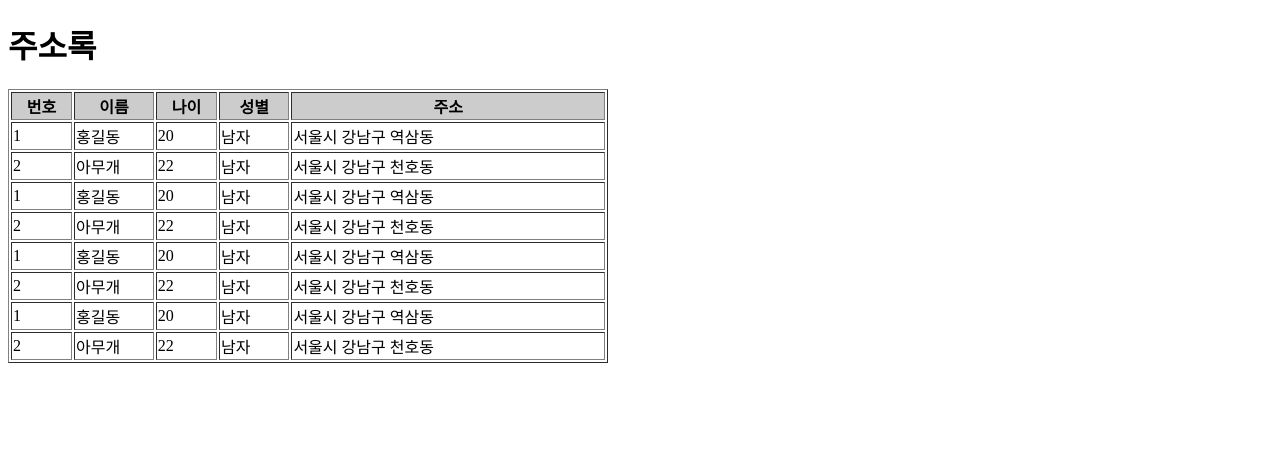
Repository: Hwang-97/HhwDesktop
Page: client/ClientTest/src/main/webapp/html/ex15_table.html
These files come from the project's save history. The page is drawn as it stood at one moment and after the next save; the edit follows.
The browser window is 1280 px wide. The pictures show the whole page.

Above is the page before, as saved 2021-12-10 06:27:30.

### client/ClientTest/src/main/webapp/html/ex15_table.html
<!DOCTYPE html>
<html>
<head>
<meta charset="UTF-8">
<title>Insert title here</title>
</head>
<body>
	<h1>주소록</h1>
	<table border width="600">
		<tr bgcolor ="#cccccc">
			<td width="60" align = "center"><b>번호</b></td>
			<td width="80" align = "center"><b>이름</b></td>
			<td width="60" align = "center"><b>나이</b></td>
			<td width="70" align = "center"><b>성별</b></td>
			<td width="330" align = "center"><b>주소</b></td>
		</tr>
		<tr>
			<td>1</td>
			<td>홍길동</td>
			<td>20</td>
			<td>남자</td>
			<td>서울시 강남구 역삼동</td>
		</tr>
		<tr>
			<td>2</td>
			<td>아무개</td>
			<td>22</td>
			<td>남자</td>
			<td>서울시 강남구 천호동</td>
		</tr>
		<tr>
			<td>1</td>
			<td>홍길동</td>
			<td>20</td>
			<td>남자</td>
			<td>서울시 강남구 역삼동</td>
		</tr>
		<tr>
			<td>2</td>
			<td>아무개</td>
			<td>22</td>
			<td>남자</td>
			<td>서울시 강남구 천호동</td>
		</tr>
		<tr>
			<td>1</td>
			<td>홍길동</td>
			<td>20</td>
			<td>남자</td>
			<td>서울시 강남구 역삼동</td>
		</tr>
		<tr>
			<td>2</td>
			<td>아무개</td>
			<td>22</td>
			<td>남자</td>
			<td>서울시 강남구 천호동</td>
		</tr>
		<tr>
			<td>1</td>
			<td>홍길동</td>
			<td>20</td>
			<td>남자</td>
			<td>서울시 강남구 역삼동</td>
		</tr>
		<tr>
			<td>2</td>
			<td>아무개</td>
			<td>22</td>
			<td>남자</td>
			<td>서울시 강남구 천호동</td>
		</tr>

	</table>
</body>
</html>

After the next save:
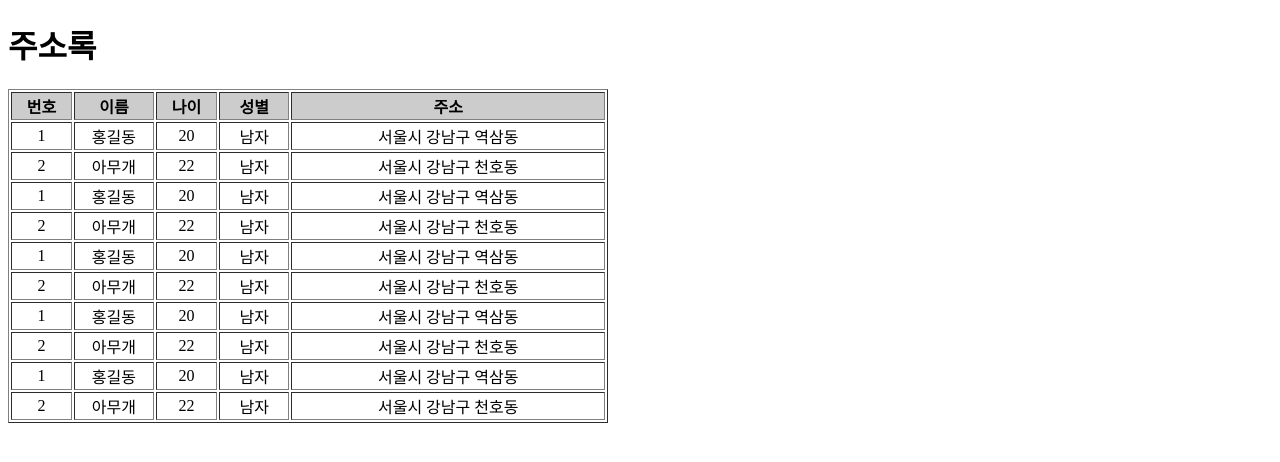
Saved 66 s later.
--- a/client/ClientTest/src/main/webapp/html/ex15_table.html
+++ b/client/ClientTest/src/main/webapp/html/ex15_table.html
@@ -15,60 +15,74 @@
 			<td width="330" align = "center"><b>주소</b></td>
 		</tr>
 		<tr>
-			<td>1</td>
-			<td>홍길동</td>
-			<td>20</td>
-			<td>남자</td>
-			<td>서울시 강남구 역삼동</td>
+			<td align = "center">1</td>
+			<td align = "center">홍길동</td>
+			<td align = "center">20</td>
+			<td align = "center">남자</td>
+			<td align = "center">서울시 강남구 역삼동</td>
 		</tr>
 		<tr>
-			<td>2</td>
-			<td>아무개</td>
-			<td>22</td>
-			<td>남자</td>
-			<td>서울시 강남구 천호동</td>
+			<td align = "center">2</td>
+			<td align = "center">아무개</td>
+			<td align = "center">22</td>
+			<td align = "center">남자</td>
+			<td align = "center">서울시 강남구 천호동</td>
 		</tr>
 		<tr>
-			<td>1</td>
-			<td>홍길동</td>
-			<td>20</td>
-			<td>남자</td>
-			<td>서울시 강남구 역삼동</td>
+			<td align = "center">1</td>
+			<td align = "center">홍길동</td>
+			<td align = "center">20</td>
+			<td align = "center">남자</td>
+			<td align = "center">서울시 강남구 역삼동</td>
 		</tr>
 		<tr>
-			<td>2</td>
-			<td>아무개</td>
-			<td>22</td>
-			<td>남자</td>
-			<td>서울시 강남구 천호동</td>
+			<td align = "center">2</td>
+			<td align = "center">아무개</td>
+			<td align = "center">22</td>
+			<td align = "center">남자</td>
+			<td align = "center">서울시 강남구 천호동</td>
 		</tr>
 		<tr>
-			<td>1</td>
-			<td>홍길동</td>
-			<td>20</td>
-			<td>남자</td>
-			<td>서울시 강남구 역삼동</td>
+			<td align = "center">1</td>
+			<td align = "center">홍길동</td>
+			<td align = "center">20</td>
+			<td align = "center">남자</td>
+			<td align = "center">서울시 강남구 역삼동</td>
 		</tr>
 		<tr>
-			<td>2</td>
-			<td>아무개</td>
-			<td>22</td>
-			<td>남자</td>
-			<td>서울시 강남구 천호동</td>
+			<td align = "center">2</td>
+			<td align = "center">아무개</td>
+			<td align = "center">22</td>
+			<td align = "center">남자</td>
+			<td align = "center">서울시 강남구 천호동</td>
 		</tr>
 		<tr>
-			<td>1</td>
-			<td>홍길동</td>
-			<td>20</td>
-			<td>남자</td>
-			<td>서울시 강남구 역삼동</td>
+			<td align = "center">1</td>
+			<td align = "center">홍길동</td>
+			<td align = "center">20</td>
+			<td align = "center">남자</td>
+			<td align = "center">서울시 강남구 역삼동</td>
 		</tr>
 		<tr>
-			<td>2</td>
-			<td>아무개</td>
-			<td>22</td>
-			<td>남자</td>
-			<td>서울시 강남구 천호동</td>
+			<td align = "center">2</td>
+			<td align = "center">아무개</td>
+			<td align = "center">22</td>
+			<td align = "center">남자</td>
+			<td align = "center">서울시 강남구 천호동</td>
+		</tr>
+		<tr>
+			<td align = "center">1</td>
+			<td align = "center">홍길동</td>
+			<td align = "center">20</td>
+			<td align = "center">남자</td>
+			<td align = "center">서울시 강남구 역삼동</td>
+		</tr>
+		<tr>
+			<td align = "center">2</td>
+			<td align = "center">아무개</td>
+			<td align = "center">22</td>
+			<td align = "center">남자</td>
+			<td align = "center">서울시 강남구 천호동</td>
 		</tr>
 
 	</table>
